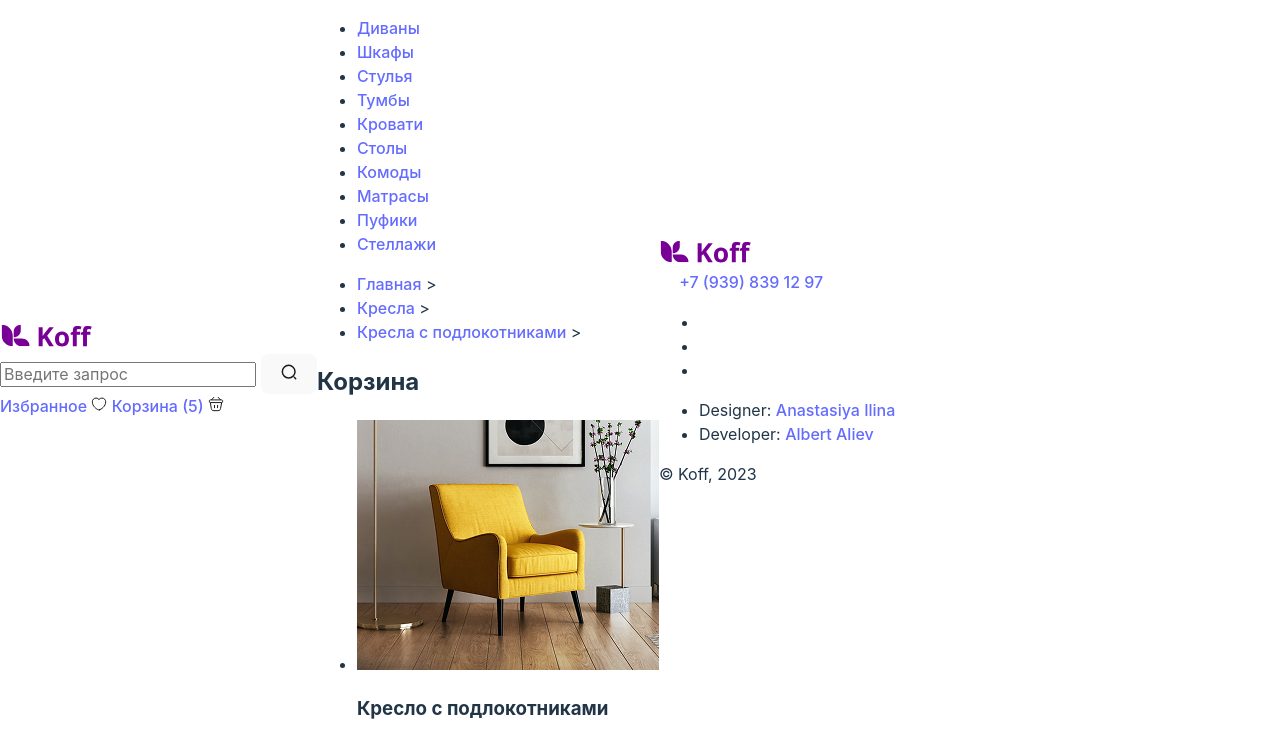
Repository: Albert24-Front-end/Koff-2-Test
Page: /
These files come from the project's save history. The page is drawn as it stood at one moment and after a run of saves; the edit follows.
The browser window is 1280 px wide. The pictures show the whole page.
The project was rebuilt for these pictures with package versions that can differ from the ones it lists, and the page was loaded fresh each time. Also part of the build but not shown: vite.config.js.

Above is the page before, as saved 2025-02-21 13:29:15.

After the next 3 saves:
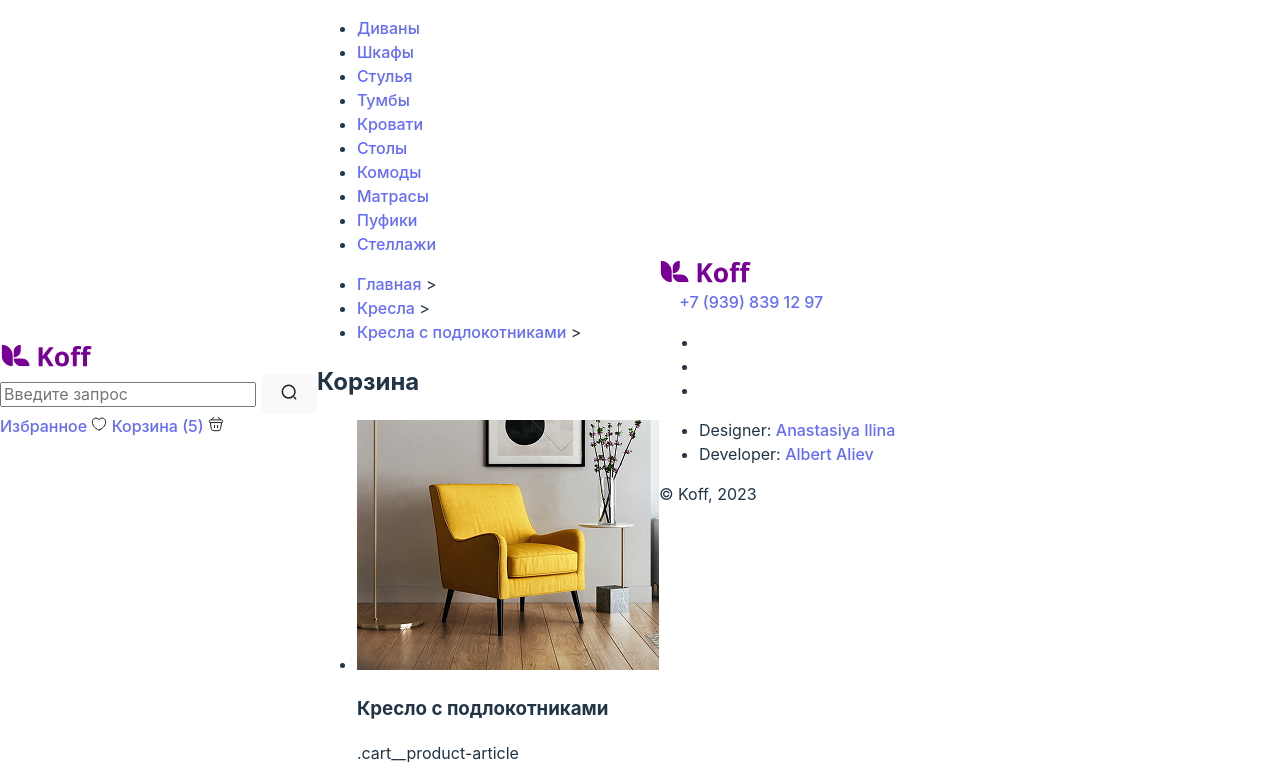
The 3 saves are shown as one change because they came seconds apart.
The last was saved 10 s later.
--- a/index.html
+++ b/index.html
@@ -262,6 +262,7 @@
               <img src="./public/images/armchair.jpg" alt="Кресло с подлокотниками" class="cart__product-img">
               <h3 class="cart__product-title">Кресло с подлокотниками</h3>
               <div class="cart__product-price"></div>
+              .cart__product-article
             </li>
           </ul>
         </div>
